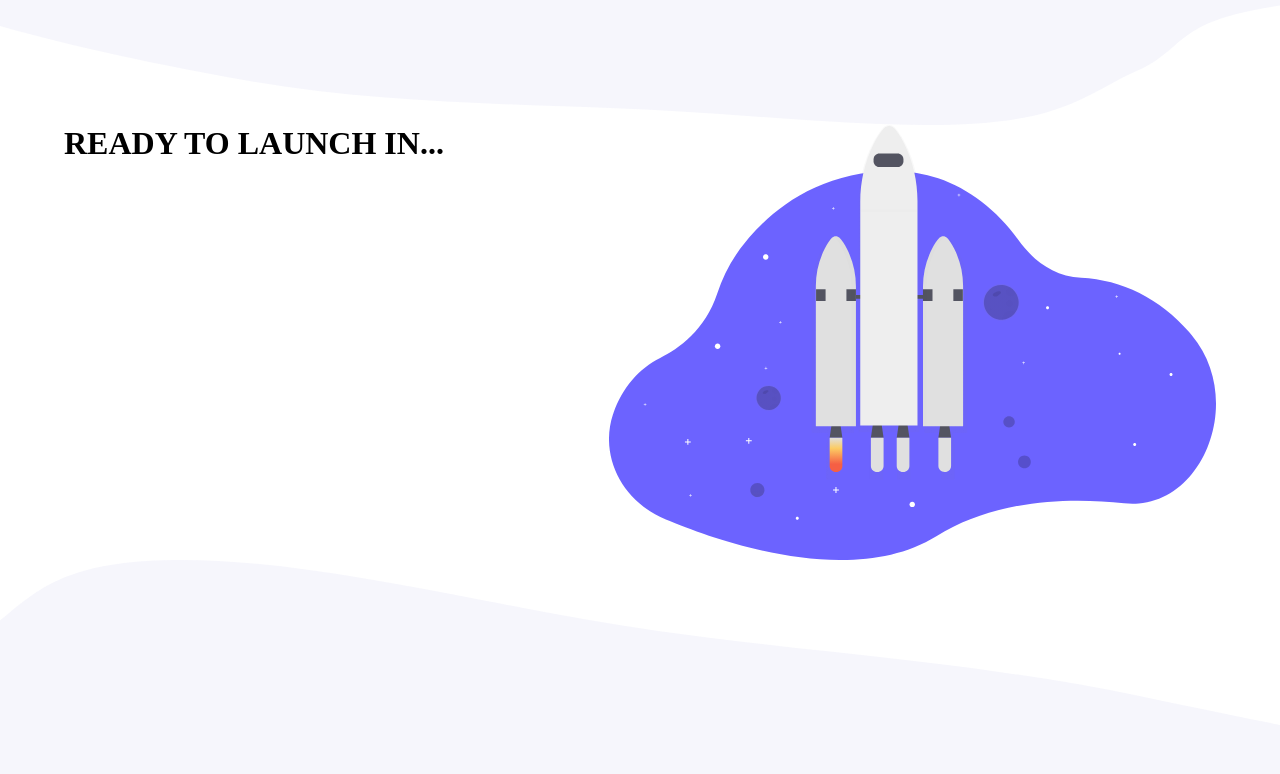
Repository: BrunoBross/countdown
Page: index.html
These files come from the project's save history. The page is drawn as it stood at one moment and after the next save; the edit follows.
The browser window is 1280 px wide. The pictures show the whole page.

Above is the page before, as saved 2021-11-30 00:35:49.

### index.html
<!DOCTYPE html>
<html lang="en">
<head>
  <meta charset="UTF-8">
  <meta http-equiv="X-UA-Compatible" content="IE=edge">
  <meta name="viewport" content="width=device-width, initial-scale=1.0">
  <title>Document</title>
  <link rel="stylesheet" href="./style.css">
</head>
<body>
  <div class="background">
    <img class="image" id="top" src="./assets/top-image.svg" alt="">
    <div class="center">
      <div class="content">
        <h1>READY TO LAUNCH IN...</h1>
      </div>
      <img id="rocket" src="./assets/rocket.svg" alt="">
    </div>
    <img class="image" id="bottom" src="./assets/bottom-image.svg" alt="">
  </div>
</body>

<script src="./script.js"></script>
</html>

### style.css
*{
  padding: 0;
  margin: 0;
}

body{
  background-color: #FFF;
}

.background{
  height: 100vh;
  display: flex;
  flex-direction: column;
  justify-content: space-between;
}

.center{
  padding: 0 5vw;
  display: flex;
  justify-content: space-between;

}

.image{
  width: 100vw;
}

Loaded but not shown: script.js (no copy from this time; the picture is the same without it)

After the next save:
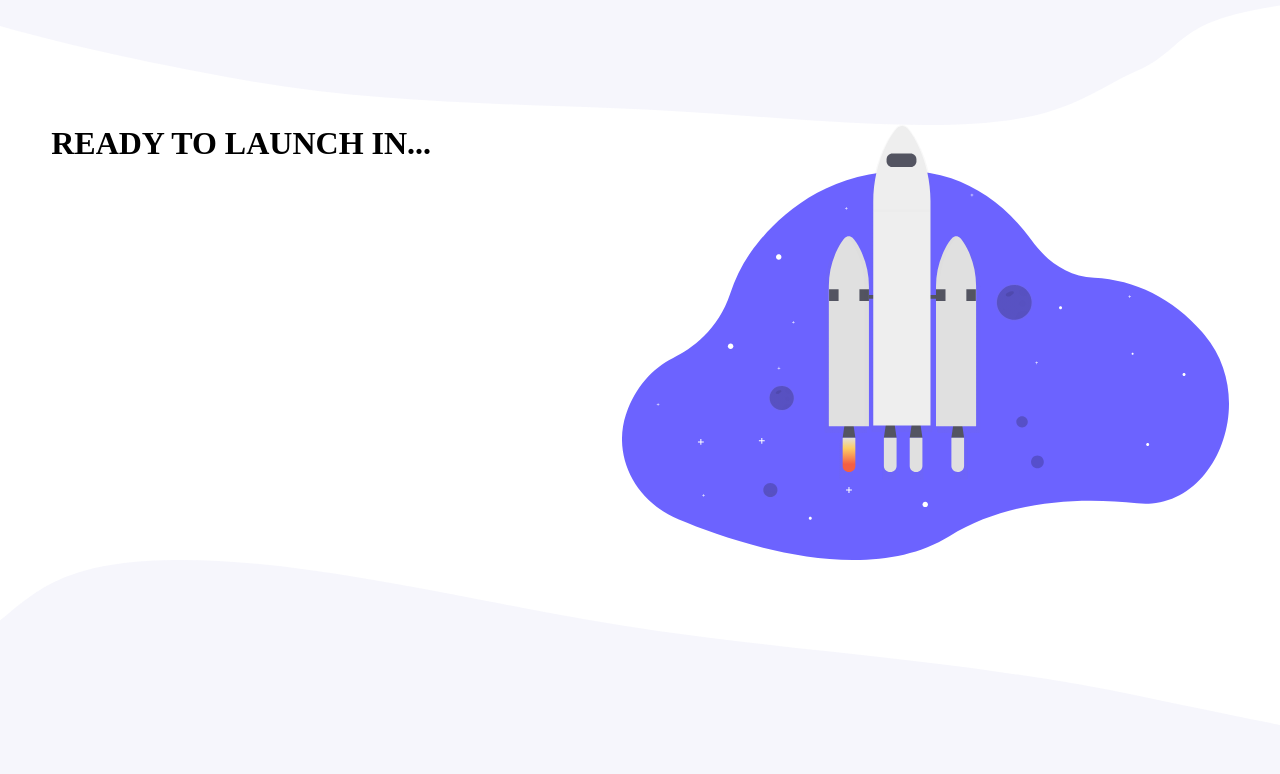
Saved 16 s later.
--- a/style.css
+++ b/style.css
@@ -15,7 +15,7 @@ body{
 }
 
 .center{
-  padding: 0 5vw;
+  padding: 0 4vw;
   display: flex;
   justify-content: space-between;
 
